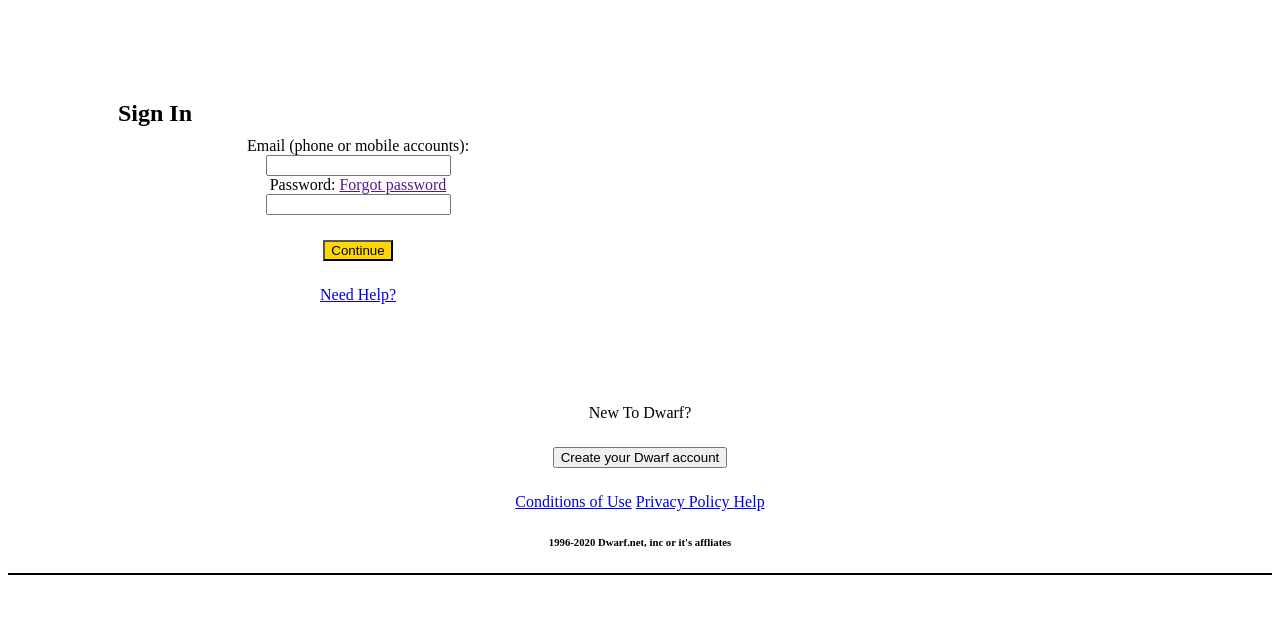
Repository: brittmarie333/replica
Page: index.html
These files come from the project's save history. The page is drawn as it stood at one moment and after the next save; the edit follows.
The browser window is 1280 px wide. The pictures show the whole page.

Above is the page before, as saved 2024-05-27 12:58:49.

After the next save:
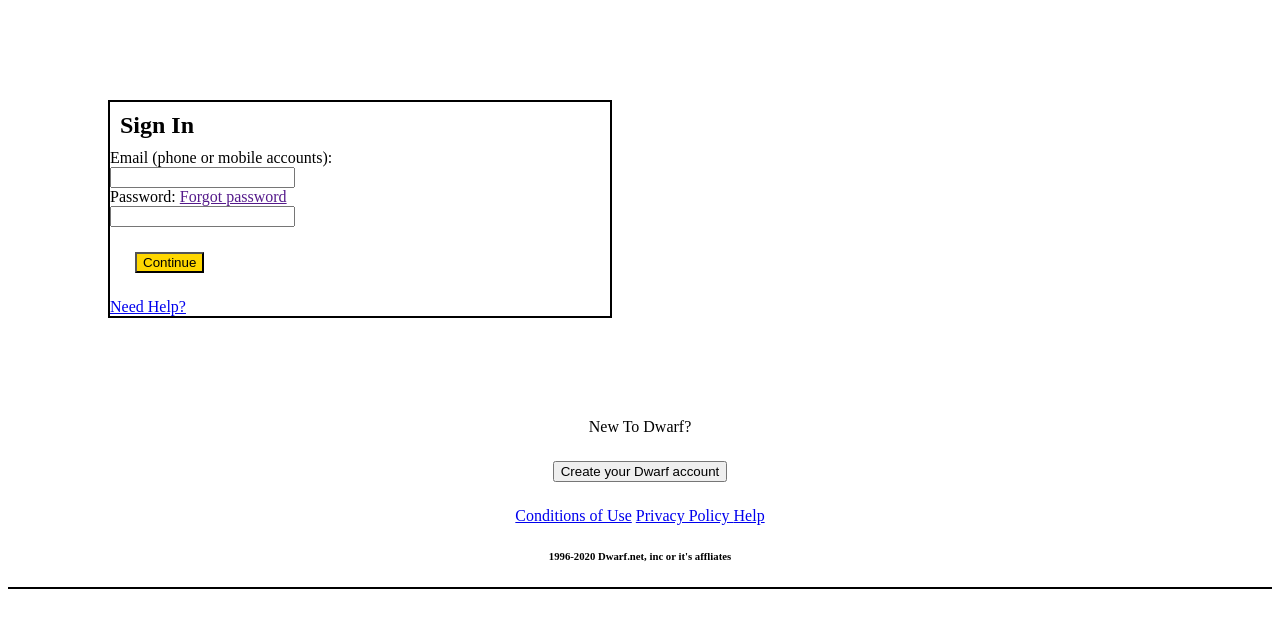
Saved 4 s later.
--- a/index.css
+++ b/index.css
@@ -9,7 +9,7 @@
     align-items: center;
 }
 form{
-    text-align: left
+    text-align: left;
     border: 2px solid;
     border color: light grey;
     margin: 100px;
